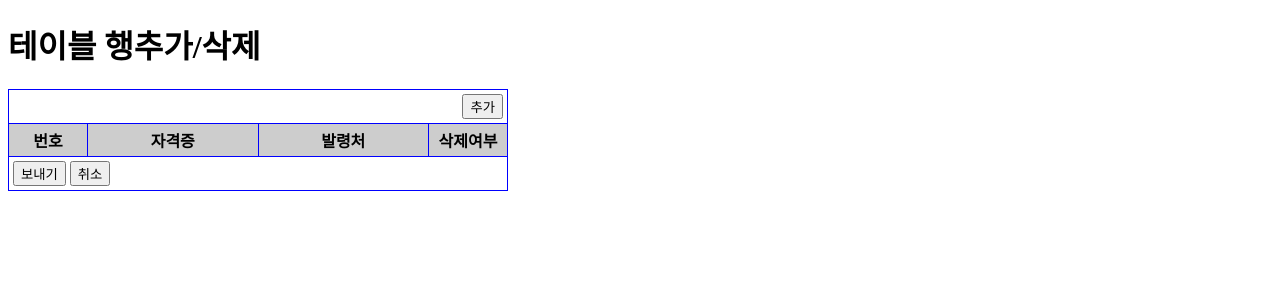
Repository: CHOKIHO/html
Page: work/0110/WebContent/work01.html
These files come from the project's save history. The page is drawn as it stood at one moment and after the next save; the edit follows.
The browser window is 1280 px wide. The pictures show the whole page.

Above is the page before, as saved 2017-01-10 08:30:09.

After the next save:
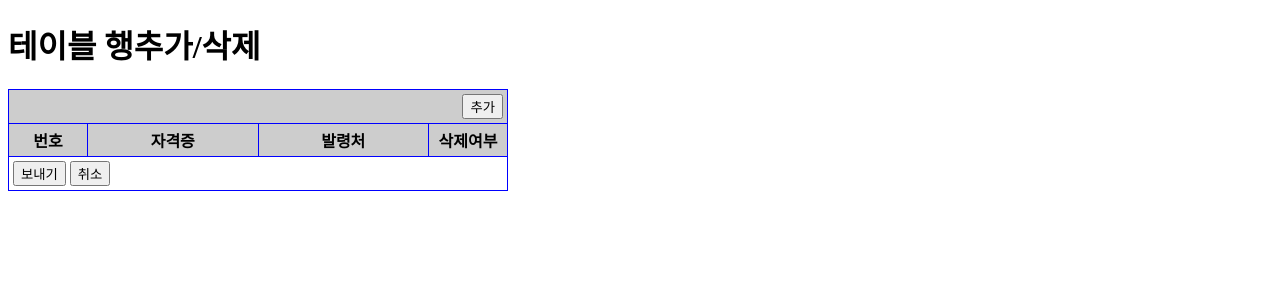
Saved 3 min 12 s later.
--- a/work/0110/WebContent/work01.html
+++ b/work/0110/WebContent/work01.html
@@ -109,13 +109,20 @@
 <body>
 	<h1>테이블 행추가/삭제</h1>
 
+
+
+
+
 	<form>
+
+
+
 	<table id="myTable">
 		<thead>
 			<tr class="fr">
-				<td colspan="4">
+				<th colspan="4">
 					<input type="button" value="추가" onclick="addRow()"/>
-				</td>
+				</th>
 			</tr>
 			<tr>
 				<th class="no">번호</th>
